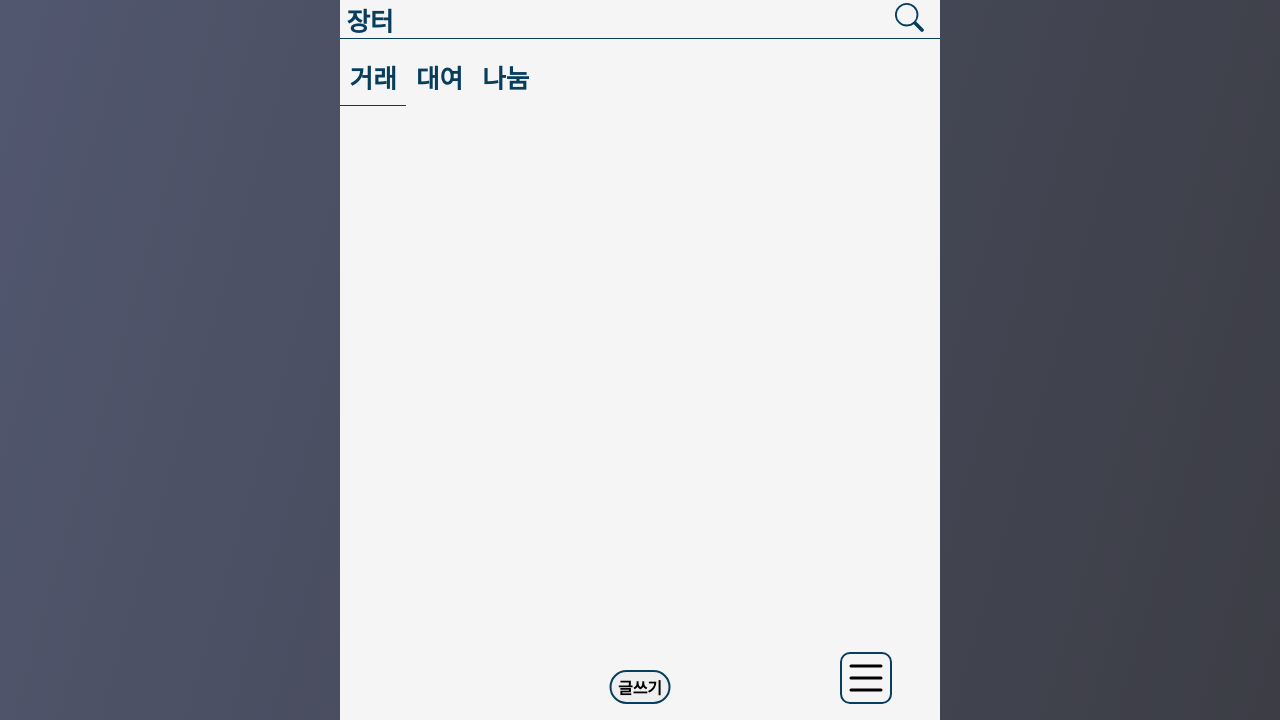
Repository: SeungYn/hanium
Page: /trade/trade
An editor plug-in stored every save of this project. The page is shown before and after the next save, followed by the edit.
The browser window is 1280 px wide. The pictures show the whole page.
The page's requests for data from a server got no answer. The project was rebuilt for these pictures with package versions that can differ from the ones it lists, and the page was loaded fresh each time. No one was signed in, and anything a server would have sent is missing. Also part of the build but not shown: src/App.css, src/components/Chat/ChatHeader/ChatHeader.module.css, src/components/Chat/ChatHeader/ChatHeader.jsx, src/components/Chat/ChatPeoples/ChatPeoples.jsx, src/components/Chat/ChatSideBar/ChatSideBar.module.css, src/components/Chat/ChatSideBar/ChatSideBar.jsx, src/components/ReadPopup/ReadPopup.module.css, src/components/ReadPopup/ReadPopup.jsx and 26 more.

Above is the page before, as saved 2022-11-21 13:38:14.

After the next save:
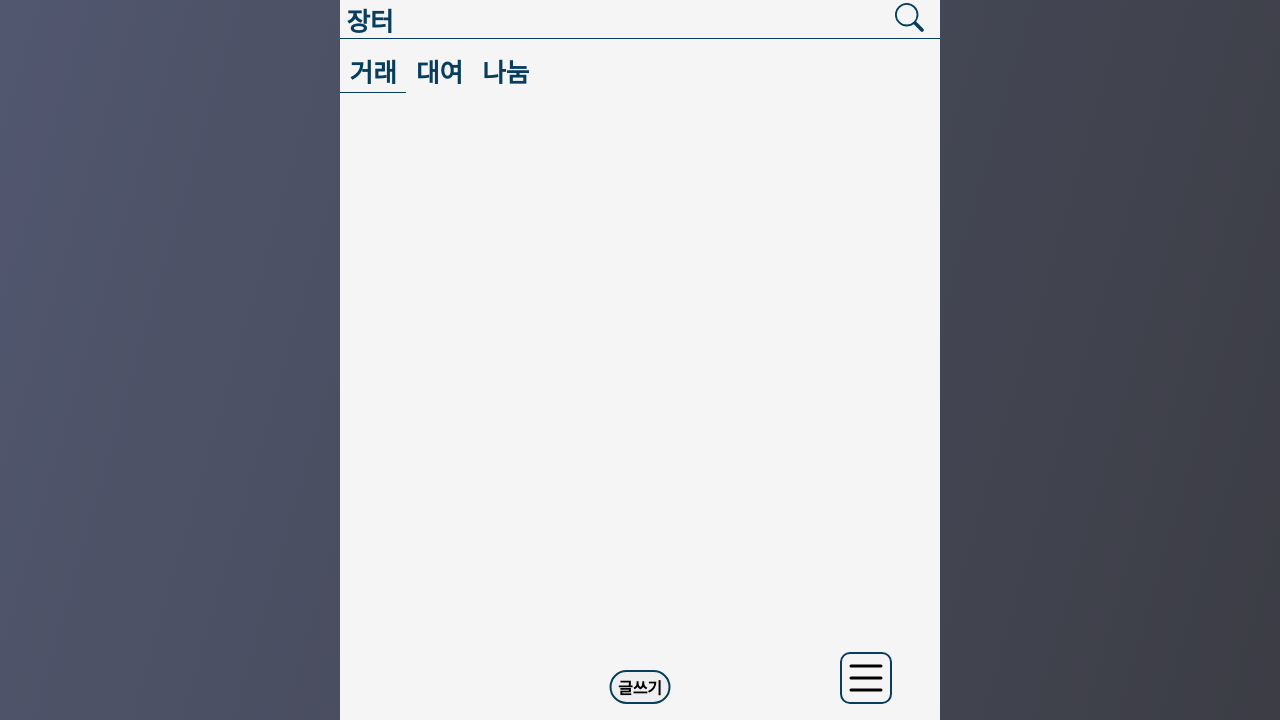
Saved 23 s later.
--- a/src/components/Trade/TradeCategory/TradeCategory.module.css
+++ b/src/components/Trade/TradeCategory/TradeCategory.module.css
@@ -3,7 +3,7 @@
 }
 
 .category {
-  padding: 0.6rem;
+  padding: 0.2rem 0.6rem;
   font-size: var(--font-size-small-large);
   cursor: pointer;
   font-weight: bold;
